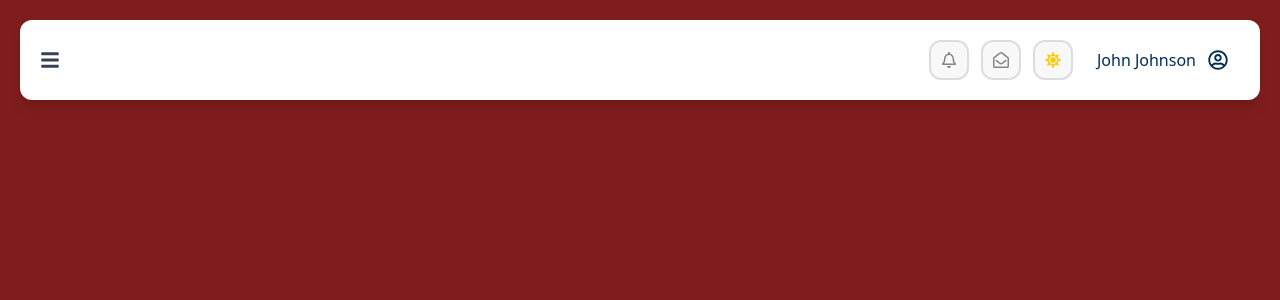
Repository: farrelmuhammad/redesign-bo
Page: /
The author's editor kept a copy of each file at every save. The page is drawn from the files as they stood at one save, then again after the next save.
The browser window is 1280 px wide. The pictures show the whole page.
The project was rebuilt for these pictures with package versions that can differ from the ones it lists, and the page was loaded fresh each time. Also part of the build but not shown: src/App.css.

Above is the page before, as saved 2024-03-02 19:28:49.

### src/App.tsx
import React from 'react';
import logo from './logo.svg';
import './App.css';
import Navbar from './components/Navbar';

function App() {
  return (
    <section className='bg-red-900 h-screen w-screen flex font-poppins text-white'>
      <Navbar />
    </section>
  );
}

export default App;

### src/components/Navbar.tsx
import React from 'react'
import { FaBars, FaMoon, FaRegBell, FaRegEnvelopeOpen, FaRegUserCircle, FaSun } from "react-icons/fa";

const Navbar = () => {
    return (
        <nav className='bg-white h-20 w-full flex flex-row justify-between items-center px-5 m-5 rounded-xl shadow-lg'>
            <div className="flex flex-1 justify-start items-center">
                <button className='text-xl text-gray-700 hover:text-black'>
                    <FaBars />
                </button>
            </div>
            <div className="flex flex-1 flex-row gap-3 justify-end items-end">
                <button className='flex justify-center items-center h-10 w-10 text-[#868686] bg-[#F8F8F8] rounded-xl border-[2px] border-[#DDDDDD] hover:border-gray-500 hover:text-gray-500'>
                    <FaRegBell />
                </button>
                <button className='flex justify-center items-center h-10 w-10 text-[#868686] bg-[#F8F8F8] rounded-xl border-[2px] border-[#DDDDDD] hover:border-gray-500 hover:text-gray-500'>
                    <FaRegEnvelopeOpen />
                </button>
                <button className='flex justify-center items-center h-10 w-10 rounded-xl border-[2px] border-[#DDDDDD] bg-[#F8F8F8] text-yellow-400 hover:border-gray-500 hover:text-yellow-500'>
                    <FaSun />
                    {/* <FaMoon /> */}
                </button>
                <button className='flex flex-row justify-center items-center py-2 px-3 gap-3 text-[#022D57] hover:text-[#1e183a]'>
                    John Johnson <FaRegUserCircle className='text-xl' />
                </button>
            </div>
        </nav>
    )
}

export default Navbar

### src/components/Sidebar.tsx
import React from 'react'

const Sidebar = () => {
  return (
    <aside>Sidebar</aside>
  )
}

export default Sidebar

Loaded but not shown: public/index.html (common file); src/index.tsx (common file); src/index.css (common file); src/reportWebVitals.ts (common file); tailwind.config.js (common file)

After the next save:
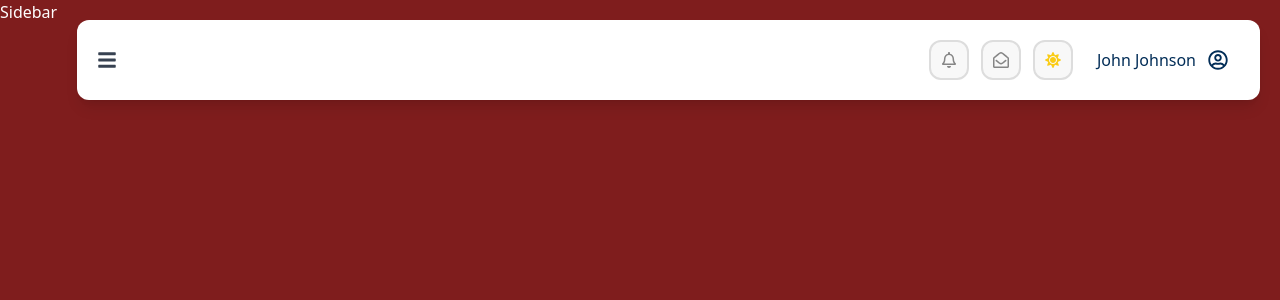
Saved 9 s later.
--- a/src/App.tsx
+++ b/src/App.tsx
@@ -2,10 +2,12 @@ import React from 'react';
 import logo from './logo.svg';
 import './App.css';
 import Navbar from './components/Navbar';
+import Sidebar from './components/Sidebar';
 
 function App() {
   return (
     <section className='bg-red-900 h-screen w-screen flex font-poppins text-white'>
+      <Sidebar />
       <Navbar />
     </section>
   );
